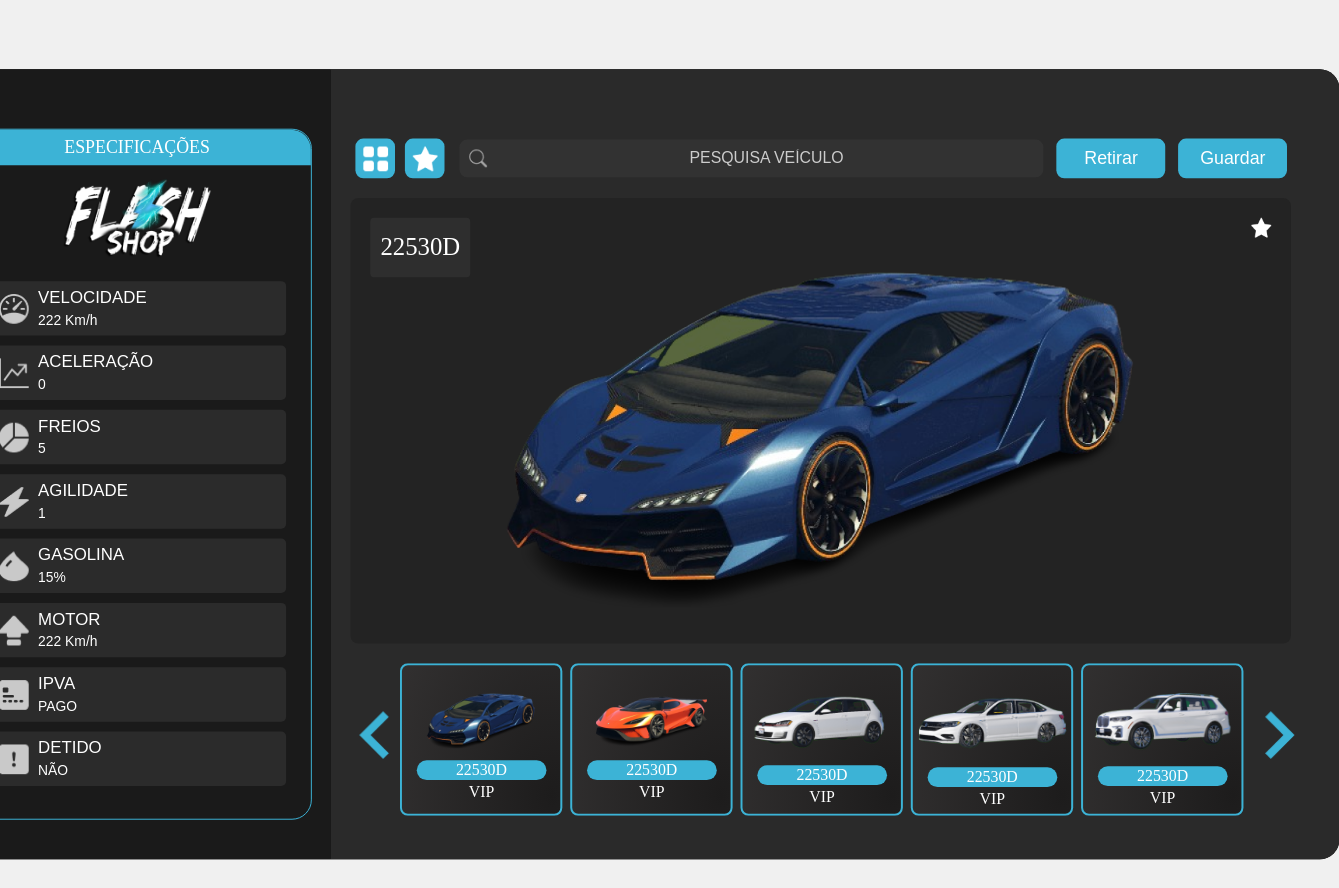
Repository: DuMCorrea/Garagem
Page: index.html
These files come from the project's save history. The page is drawn as it stood at one moment and after the next save; the edit follows.
The browser window is 1280 px wide. The page is 1353 px wide, so the pictures cover 1353 px, including what lies to the right of the window. The pictures show the whole page, at 99% of full size.
Some web fonts or font styles are not loaded; a fallback is used.

Above is the page before, as saved 2024-08-22 20:16:50.

After the next save:
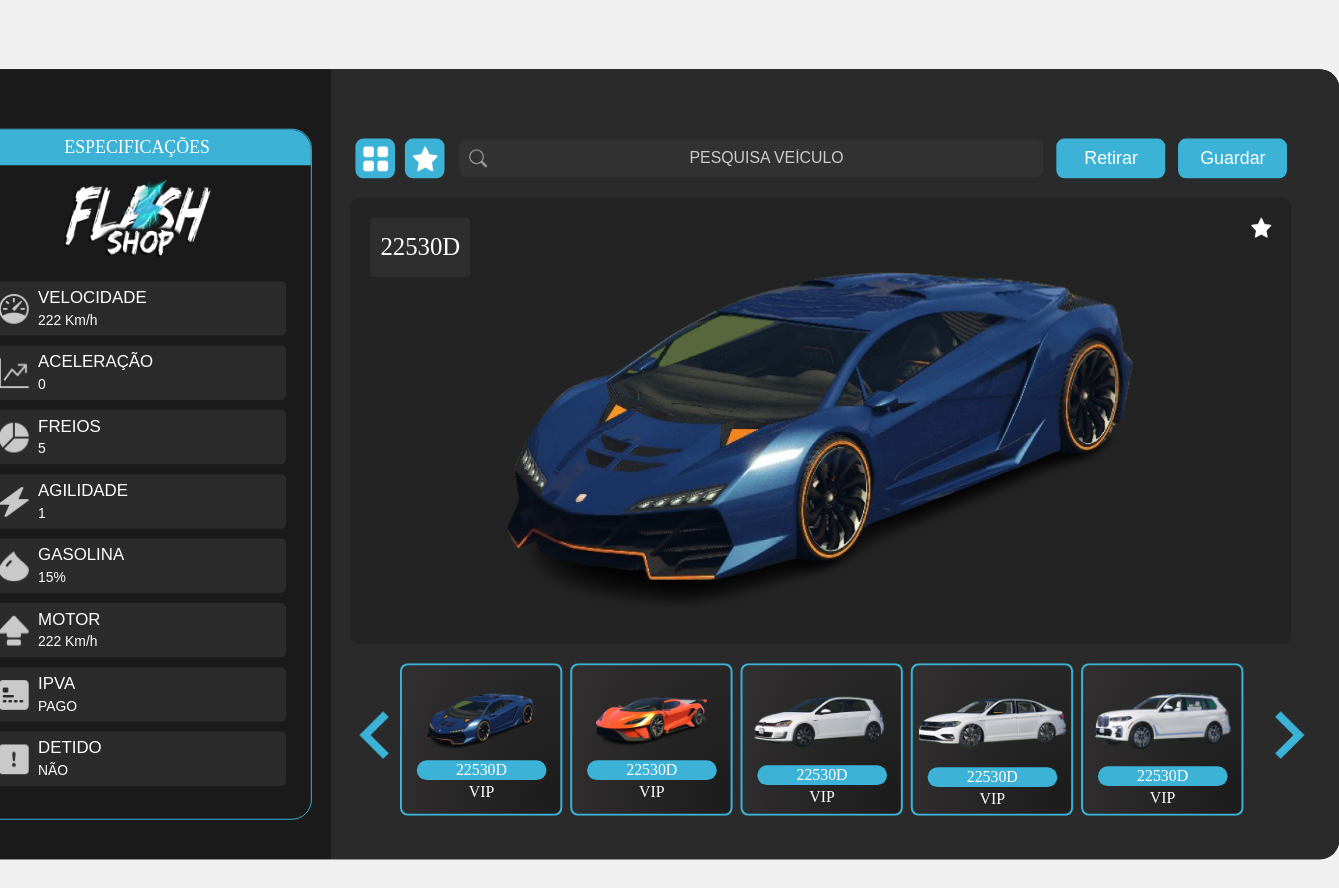
Saved 6 s later.
--- a/styles.css
+++ b/styles.css
@@ -394,7 +394,7 @@
     position: absolute;
     top: 50%;
     transform: translateY(-50%);
-    width: 20px; /* Ajuste o tamanho conforme necessário */
+    width: 10px; /* Ajuste o tamanho conforme necessário */
     height: auto;
     background: none; /* Remove o fundo do botão */
     border: none; /* Remove a borda do botão */
